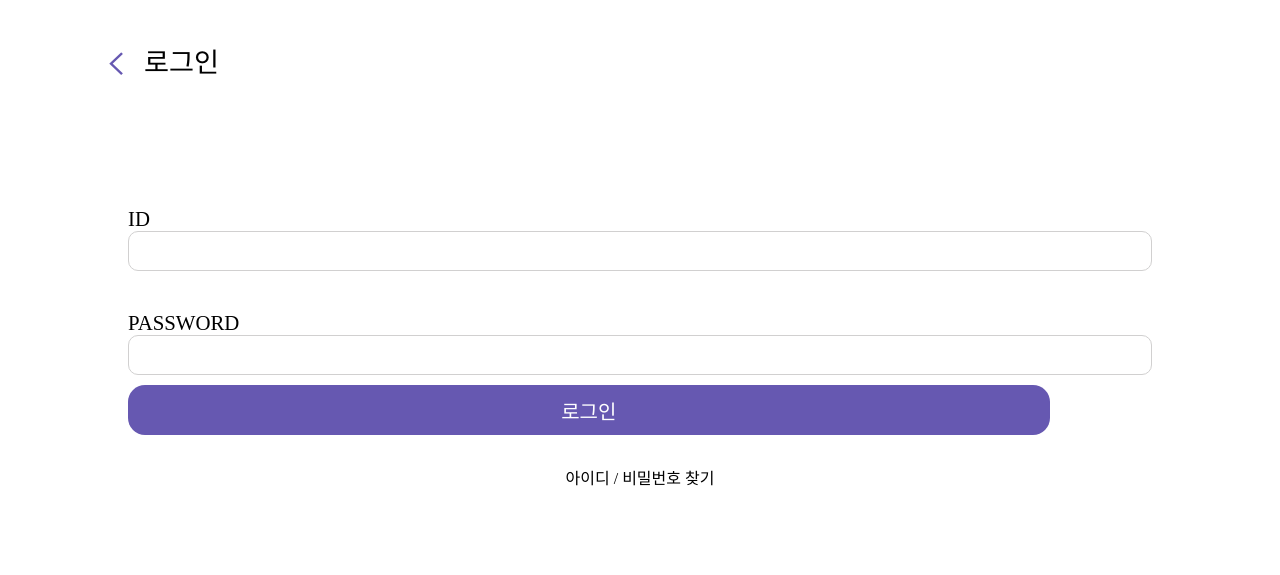
Repository: PEPI-dev/UI
Page: login/login.html
These files come from the project's save history. The page is drawn as it stood at one moment and after the next save; the edit follows.
The browser window is 1280 px wide. The pictures show the whole page.
Some web fonts or font styles are not loaded; a fallback is used.

Above is the page before, as saved 2023-12-05 16:43:16.

### login/login.html
<!DOCTYPE html>
<html lang="en">
<head>
    <meta charset="UTF-8">
    <meta name="viewport" content="width=device-width, initial-scale=1.0">
    <title>Login</title>
    <link rel="stylesheet" href="../userFrame.css">
    <link rel="stylesheet" href="../login/login.css">
    <link rel ="stylesheet" type="text/css" href="../a_XEIcon-2.2.0/xeicon.min.css">
</head>
<body>

    <header>
        <i class="xi-angle-left"></i>
        <span class="title">로그인</span>
    </header>

    <div class="container">
    <form action="#">
        <div class="input_form"><label for="ID" class="txt_input">ID</label><input class="search" id="ID" type="text"></input></div>

        <div class="input_form"><label for="password" class="txt_input">PASSWORD</label><input class="search" id="password" type="password" ></input></div>

        <button class="purple button">로그인</button>

        <p id="find_id">아이디 / 비밀번호 찾기</p>
    </form>
    </div>

</body>
</html>

### userFrame.css
/*색상*/
.purple {
    background-color: #6658B1;
}

.gold {
    background-color: #EF9E3E;
}

.yellow {
    background-color: #F6C080;
}

/*폰트 -> 이거만 사용, 이미 적용시켜놨어용*/
@font-face {
    font-family: 'Pretendard-Regular';
    src: url('https://cdn.jsdelivr.net/gh/Project-Noonnu/noonfonts_2107@1.1/Pretendard-Regular.woff') format('woff');
    font-weight: 400;
    font-style: normal;
}

* {
    font-family: 'Pretendard-Regular';
}
/*기본 설정*/
html {
    font-size: 16px;
    box-sizing: border-box;
}

body, header, footer{
    width: 100%;
    font-size: 1rem;
    margin: 0;
    padding: 0;
    box-sizing: border-box;
}

header {
    padding: 30px;
    padding-left: 8%;
    padding-top: 50px;
    display: flex;
    font-size: 1.7rem;
    font-weight: 500;
    line-height: 1.7rem;
}

.title{
    margin-left: 0.9rem;
}

.container{
    width: 80%;
    margin: auto;
    padding: 0;
    box-sizing: border-box;
}
/*검색창, 입력창*/
.search {
    border: 1px solid #d1d0d0;
    border-radius: 10px;
    width: 100%;
    height: 40px;
    padding: 5px 20px;
    box-sizing: border-box;
}
/*뒤로가기 버튼*/
.xi-angle-left {
    color: #6658B1;
}
/*기본 버튼*/
.button {
    color: white;
    font-size: 20px;
    font-weight: 500;
    border-radius: 17px;
    border: 0px;
    width: 100%;
    height: 50px;
    margin-top: 50px;
}

footer {
    height: 60px;
}

### login/login.css
.container{
    margin-top: 70px;
}

.button{
    margin: auto;
    width: 90%;
}

.input_form{
    padding-top: 30px;
    margin: 10px auto;
}

#find_id{
    margin: auto;
    text-align: center;
    margin-top: 30px;
}

label{
    font-size: 1.3rem;
}

Loaded but not shown: a_XEIcon-2.2.0/xeicon.min.css (library)

After the next save:
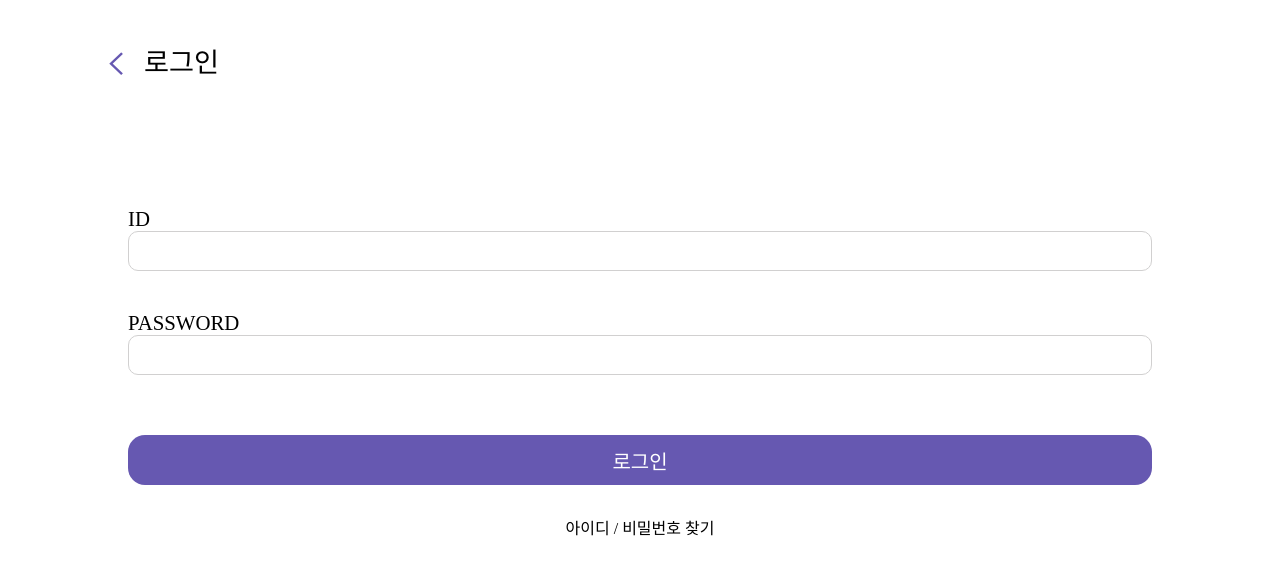
Saved 8 s later.
--- a/login/login.css
+++ b/login/login.css
@@ -3,8 +3,9 @@
 }
 
 .button{
-    margin: auto;
-    width: 90%;
+    width: 100%;
+    /* margin-top: 70px;
+    margin-left: 40px; */
 }
 
 .input_form{
